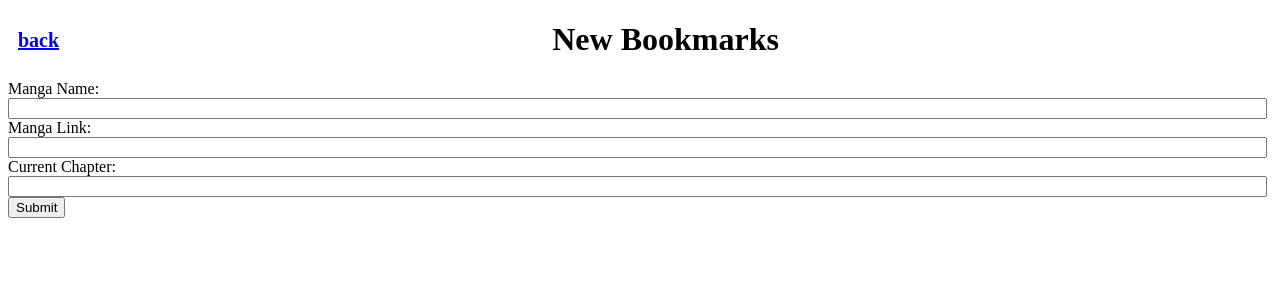
Repository: PA055/Manga-Bookmarks
Page: new.html
An editor plug-in stored every save of this project. The page is shown before and after the next save, followed by the edit.
The browser window is 1280 px wide. The pictures show the whole page.

Above is the page before, as saved 2023-03-11 12:04:36.
Console error: ReferenceError: $ is not defined

After the next save:
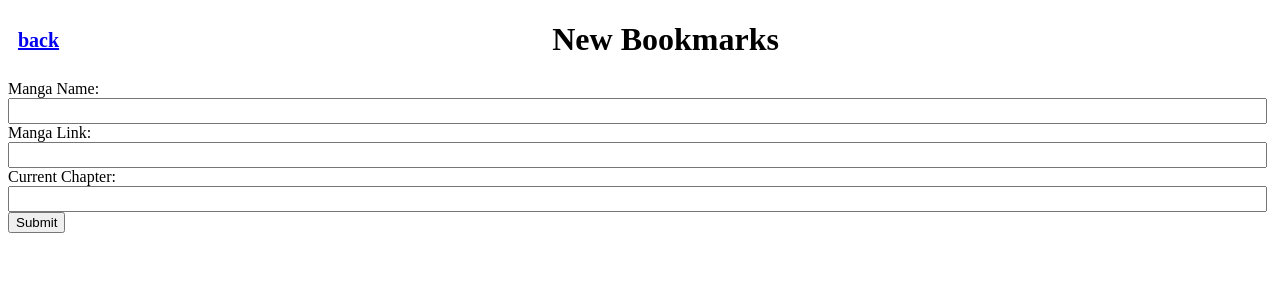
Saved 14 s later.
--- a/main.css
+++ b/main.css
@@ -28,6 +28,7 @@ h1 {
 
 .input {
     width: 99%;
+    height: 20px;
 }
 
 @media only screen and (max-width: 400px) {
